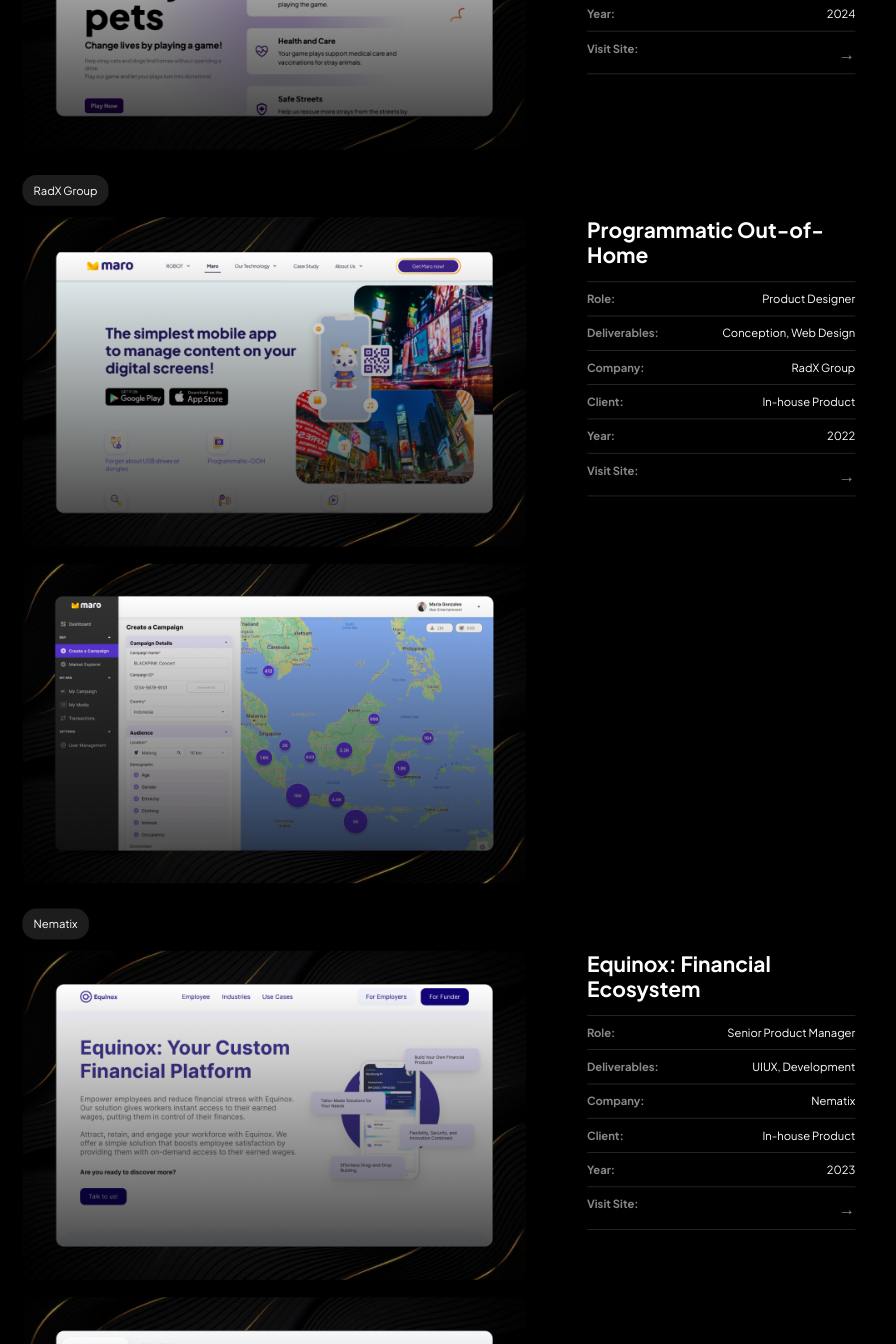
Repository: paskasiregar/paskafolio_v6
Page: /
The author's editor kept a copy of each file at every save. The page is drawn from the files as they stood at one save, then again after the next save.
The browser window is 1280 px wide. The pictures show the part of the page from y = 1850 to 3770 px (the page is 7127 px tall), at 70% of full size.
The project was rebuilt for these pictures with package versions that can differ from the ones it lists, and the page was loaded fresh each time. The framework's server and built-in components were replaced by stand-ins that run in the browser. Also part of the build but not shown: next.config.mjs.

Above is the page before, as saved 2024-09-06 21:24:50.

### src/app/layout.js
import { Plus_Jakarta_Sans } from "next/font/google"; // Import Plus Jakarta Sans
import localFont from "next/font/local";
import "./globals.css";

// Load Plus Jakarta Sans from Google Fonts
const plusJakartaSans = Plus_Jakarta_Sans({
  weight: ["400", "500", "700"], // Specify weights as needed
  subsets: ["latin"],
});

// Load local fonts: Geist Sans and Geist Mono
const geistSans = localFont({
  src: "./fonts/GeistVF.woff",
  variable: "--font-geist-sans",
  weight: "100 900",
});
const geistMono = localFont({
  src: "./fonts/GeistMonoVF.woff",
  variable: "--font-geist-mono",
  weight: "100 900",
});

export const metadata = {
  title: "🚀 Paska | Portfolio",
  description:
    "Debora Paskarina&apos;s Product Portfolio. Paska is a Head of Product at Nematix Sdn Bhd, Malaysia.",
  icons: {
    icon: "/asset/p-logo.png",
  },
};

export default function RootLayout({ children }) {
  return (
    <html lang="en">
      <body
        className={`${plusJakartaSans.className} ${geistSans.variable} ${geistMono.variable} antialiased`}
      >
        {children}
      </body>
    </html>
  );
}

### src/app/components/header.jsx
import React from "react";
import Link from "next/link";
import Button from "./button";
import { Homemade_Apple } from "next/font/google";

const homemadeApple = Homemade_Apple({
  weight: "400",
  subsets: ["latin"],
});

const Header = () => {
  return (
    <header className="header" style={styles.header}>
      <div style={styles.logo}>
        <Link
          href="/"
          className={homemadeApple.className}
          style={styles.logoText}
        >
          Paska
        </Link>
      </div>
      <div style={styles.contact}>
        <Link href="#email-section">
          <Button />
        </Link>
      </div>
    </header>
  );
};

const styles = {
  header: {
    display: "flex",
    justifyContent: "space-between",
    alignItems: "center",
    padding: "20px",
    backgroundColor: "#000000",
    color: "#fff",
  },
  logo: {
    fontSize: "24px",
    fontWeight: "bold",
  },
  logoText: {
    textDecoration: "none",
    color: "#fff",
  },
  contact: {
    display: "flex",
    fontSize: "20px",
    alignItems: "center",
  },
};

export default Header;

### src/app/components/hero.jsx
"use client"; // Ensures the component is treated as a client-side component
import React from "react";
import NameCard from "./nameCard";
import SecButton from "./secButton";
import { motion } from "framer-motion";

const Hero = () => {
  return (
    <section className="hero-wrapper my-20">
      <div className="hero-content">
        <NameCard
          name="Debora Paskarina"
          status="Available for work"
          avatarUrl="/assets/1.avif"
        />
        <motion.h1
          initial={{ opacity: 0, x: -100 }}
          animate={{ opacity: 1, x: 0 }}
          transition={{ duration: 0.8 }}
          className="hero-title text-4xl font-bold text-white md:text-6xl lg:text-7xl"
        >
          Designing awesome digital experiences, one idea at a time.
        </motion.h1>
        <motion.p
          initial={{ opacity: 0, x: 100 }}
          animate={{ opacity: 1, x: 0 }}
          transition={{ duration: 0.8 }}
          className="hero-subtitle text-lg md:text-xl lg:text-2xl"
        >
          Transforming concepts into sleek, user-friendly digital solutions that
          drive engagement and push innovation forward.
        </motion.p>
        <SecButton text="GET STARTED" />
      </div>
    </section>
  );
};

// You can add additional styling via Tailwind to make it more responsive

export default Hero;

### src/app/components/ticker.jsx
import React from "react";
import "../ticker.css";

const Ticker = () => {
  return (
    <div className="ticker-wrapper">
      <div className="ticker">
        <div className="ticker-item">
          <img src="/assets/ticker/lt.png" alt="LingoTalk" />
        </div>
        <div className="ticker-item">
          <img src="/assets/ticker/nmtx.png" alt="Nematix" />
        </div>
        <div className="ticker-item">
          <img src="/assets/ticker/radx.png" alt="RADX Group" />
        </div>
        <div className="ticker-item">
          <img src="/assets/ticker/rise.png" alt="Rise" />
        </div>
        <div className="ticker-item">
          <img src="/assets/ticker/skvl.png" alt="Skilvul" />
        </div>
        <div className="ticker-item">
          <img src="/assets/ticker/yrp.png" alt="YoRipe" />
        </div>
        <div className="ticker-item">
          <img src="/assets/ticker/zizo.png" alt="ZIZO" />
        </div>

        {/* Duplicate the logos for the smooth ticker effect */}
        <div className="ticker-item">
          <img src="/assets/ticker/lt.png" alt="LingoTalk" />
        </div>
        <div className="ticker-item">
          <img src="/assets/ticker/nmtx.png" alt="Nematix" />
        </div>
        <div className="ticker-item">
          <img src="/assets/ticker/radx.png" alt="RADX Group" />
        </div>
        <div className="ticker-item">
          <img src="/assets/ticker/rise.png" alt="Rise" />
        </div>
        <div className="ticker-item">
          <img src="/assets/ticker/skvl.png" alt="Skilvul" />
        </div>
        <div className="ticker-item">
          <img src="/assets/ticker/yrp.png" alt="YoRipe" />
        </div>
        <div className="ticker-item">
          <img src="/assets/ticker/zizo.png" alt="ZIZO" />
        </div>
      </div>
    </div>
  );
};

export default Ticker;

### src/app/components/projects.jsx
import Project from "./project";

const projects = [
  {
    title: "PawPaw Portal",
    role: "Founder",
    deliverables: ["End-to-End Product"],
    company: "PawPaw Portal",
    client: "In-house Product",
    year: "2024",
    link: "https://www.pawpawportal.com/",
    images: [{ src: "/assets/ppp-1.png", alt: "PawPaw Portal" }],
  },

  {
    title: "Programmatic Out-of-Home",
    role: "Product Designer",
    deliverables: ["Conception", "Web Design"],
    company: "RadX Group",
    client: "In-house Product",
    year: "2022",
    link: "#",
    images: [
      { src: "/assets/maro-1.png", alt: "Programmatic Out-of-Home Project" },
      { src: "/assets/maro-2.png", alt: "Campaign Creation Interface" },
    ],
  },

  {
    title: "Equinox: Financial Ecosystem",
    role: "Senior Product Manager",
    deliverables: ["UIUX", "Development"],
    company: "Nematix",
    client: "In-house Product",
    year: "2023",
    link: "https://equinox-platform.framer.website/",
    images: [
      { src: "/assets/eq-1.png", alt: "Equinox" },
      { src: "/assets/eq-2.png", alt: "Equinox" },
      { src: "/assets/eq-3.png", alt: "Equinox" },
    ],
  },

  {
    title: "YPAS Job Portal",
    role: "Head of Product",
    deliverables: ["Branding", "UIUX", "Development"],
    company: "Nematix",
    client: "Yayasan Pahang AS Malaysia",
    year: "2024",
    link: "https://getjob.framer.website/",
    images: [
      { src: "/assets/ypas-3.png", alt: "YPAS GetJob" },
      { src: "/assets/ypas-4.png", alt: "YPAS GetJob" },
    ],
  },
];

const Projects = () => {
  return (
    <div className="mb-8">
      <section className="motivation-wrapper my-8 mx-4">
        {" "}
        {/* Using same wrapper as Motivation */}
        <div className="motivation-content">
          {" "}
          {/* Same layout as Motivation */}
          <div>
            {projects.map((project, index) => (
              <Project key={index} project={project} />
            ))}
          </div>
        </div>
      </section>
    </div>
  );
};

export default Projects;

### src/app/components/experiences.jsx
import React from "react";
import Experience from "./experience";

const Experiences = () => {
  const experienceData = [
    {
      title: "Head of Product",
      location: "Selangor, Malaysia 🇲🇾",
      company: "Nematix",
      timeframe: "2024 - Present",
    },
    {
      title: "Senior Product Manager",
      location: "Selangor, Malaysia 🇲🇾",
      company: "Nematix",
      timeframe: "2023 - 2024",
    },
    {
      title: "Product Owner & Designer",
      location: "New York, United States of America 🇺🇸",
      company: "ZIZO Technologies",
      timeframe: "2023 - 2024",
    },
    {
      title: "Product Manager & Designer",
      location: "Singapore, Singapore 🇸🇬",
      company: "RadX Group",
      timeframe: "2022 - 2023",
    },
    {
      title: "Senior Manager of Learning and Development",
      location: "Jakarta, Indonesia 🇮🇩",
      company: "LingoTalk",
      timeframe: "2020 - 2021",
    },
  ];

  return (
    <section className="experience-wrapper py-4 bg-black text-white">
      <div className="experience-content max-w-6xl mx-auto px-4">
        {/* Experience List */}
        <div className="experience-list">
          {experienceData.map((experience, index) => (
            <Experience
              key={index}
              title={experience.title}
              location={experience.location}
              company={experience.company}
              timeframe={experience.timeframe}
            />
          ))}
        </div>
      </div>
    </section>
  );
};

export default Experiences;

### src/app/components/button.jsx
import React from "react";
import { FaArrowRight } from "react-icons/fa";

const Button = ({ text = "LETS TALK" }) => {
  return (
    <button className="button">
      <span>{text}</span>
      <div className="icon-container">
        <FaArrowRight className="bold-icon" />
      </div>
    </button>
  );
};

export default Button;

### src/app/components/nameCard.jsx
import React from "react";
import GreenDot from "./greenDot";

const NameCard = ({
  name = "Debora Paskarina",
  status = "Available for work",
  avatarUrl = "/assets/1.avif", // Set a default avatar image
}) => {
  return (
    <div style={styles.card}>
      <img src={avatarUrl} alt="Avatar" style={styles.avatar} />{" "}
      {/* Use dynamic avatarUrl */}
      <div>
        <h4 style={styles.name}>{name}</h4>
        <div style={styles.status}>
          <GreenDot />
          <span>{status}</span>
        </div>
      </div>
    </div>
  );
};

const styles = {
  card: {
    display: "flex",
    alignItems: "center",
    marginBottom: "16px",
  },
  avatar: {
    width: "40px",
    height: "40px",
    borderRadius: "50%",
    marginRight: "12px",
  },
  name: {
    margin: 0,
    fontSize: "16px",
    fontWeight: "bold",
    color: "#ffffff",
  },
  status: {
    display: "flex",
    alignItems: "center",
    fontSize: "14px",
    color: "#a0a0a0",
  },
};

export default NameCard;

### src/app/components/secButton.jsx
import React from "react";

const SecButton = ({ text = "LETS TALK" }) => {
  return (
    <button className="secbutton">
      <span>{text}</span>
    </button>
  );
};

export default SecButton;

### src/app/ticker.css
/* Ticker Wrapper */
.ticker-wrapper {
  overflow: hidden; /* Hide overflowing logos */
  width: 100%;
  background-color: #000000; /* Optional background color */
  padding: 20px 0; /* Optional padding */
}

/* Ticker Container */
.ticker {
  display: flex;
  justify-content: start;
  align-items: center;
  gap: 80px; /* Space between logos */
  animation: ticker 40s linear infinite; /* Infinite ticker animation */
}

/* Individual ticker items */
.ticker-item {
  flex: 0 0 auto; /* Prevent logos from shrinking */
}

.ticker-item img {
  width: 160px; /* Adjust size of logos */
  height: auto;
  display: block;
}

/* Ticker Animation */
@keyframes ticker {
  0% {
    transform: translateX(-100%); /* Start from the right */
  }
  100% {
    transform: translateX(100%); /* End on the left */
  }
}

### src/app/motivation.css
/* Motivation Wrapper */
.motivation-wrapper {
  background-color: #000000;
  color: #fff;
}

.motivation-content {
  display: flex;
  justify-content: space-between;
  align-items: flex-start;
  max-width: 1200px;
  margin: 0;
  flex-direction: column;
}

.motivation-left {
  flex: 1;
  max-width: 100%;
  margin-right: 0;
}

.motivation-right {
  flex: 1;
  max-width: 100%;
}

/* Aligning the green dot and title */
.motivation-header {
  display: flex;
  align-items: center;
  margin-bottom: 20px;
}

.motivation-title {
  font-size: 24px;
  font-weight: bold;
  margin-left: 0px;
}

.green-dot {
  display: inline-block;
  width: 12px;
  height: 12px;
  background-color: #00ffb9;
  border-radius: 50%;
}

/* Responsive Tweaks */
@media (min-width: 768px) {

  /* Tablet and above */
  .motivation-content {
    flex-direction: row;
  }

  .motivation-left {
    max-width: 50%;
    margin-right: 40px;
    margin-bottom: 4px;
  }

  .motivation-right {
    max-width: 50%;
  }

  .motivation-title {
    font-size: 28px;
  }
}

@media (min-width: 1024px) {

  /* Desktop and above */
  .motivation-title {
    font-size: 36px;
  }

  .motivation-content {
    justify-content: space-between;
  }
}

### src/app/components/chip.jsx
import React from "react";
import "../chip.css";

const Chip = ({ label }) => {
  return <div className="chip">{label}</div>;
};

export default Chip;

### src/app/components/project.jsx
import React from "react";
import Image from "next/image";
import Chip from "./chip";
import "../project.css";

const Project = ({ project }) => {
  if (!project) {
    return <p>No project data available</p>; // Fallback if no project is provided
  }

  return (
    <section className="mb-8">
      <div className="project-content max-w-6xl mx-auto mb-8">
        <div className="chip-container flex justify-between mb-4">
          <Chip label={project?.company || "N/A"} className="mb-4" />
        </div>

        <div className="project-grid">
          {/* Left Section - Project Images */}
          <div className="project-images">
            {project?.images?.length > 0 ? (
              project.images.map((image, index) => (
                <div
                  key={index}
                  className={`project-image ${index > 0 ? "mt-6" : ""}`}
                >
                  <Image
                    src={image.src}
                    alt={image.alt}
                    width={720}
                    height={405}
                    className="rounded-md"
                  />
                </div>
              ))
            ) : (
              <p>No images available</p>
            )}
          </div>

          {/* Right Section - Project Information */}
          <div className="project-info">
            <h3 className="text-3xl font-bold mb-2">
              {project?.title || "No title available"}
            </h3>
            <ul className="project-details">
              <li>
                <span>Role:</span> {project?.role || "N/A"}
              </li>
              <li>
                <span>Deliverables:</span>
                <div className="deliverables-container">
                  {project?.deliverables?.join(", ") || "N/A"}
                </div>
              </li>
              <li>
                <span>Company:</span> {project?.company || "N/A"}
              </li>
              <li>
                <span>Client:</span> {project?.client || "N/A"}
              </li>
              <li>
                <span>Year:</span> {project?.year || "N/A"}
              </li>
              <li>
                <span>Visit Site:</span>
                <a href={project?.link || "#"} className="visit-link">
                  <span className="arrow-link">→</span>
                </a>
              </li>
            </ul>
          </div>
        </div>
      </div>
    </section>
  );
};

export default Project;

### src/app/components/experience.jsx
import React from "react";
import Chip from "./chip";

const Experience = ({ title, location, company, timeframe }) => {
  return (
    <div className="experience-item my-4 flex flex-col md:flex-row justify-between items-start md:items-start">
      {/* Left Section - Job Title and Location */}
      <div className="experience-details mb-4 md:mb-0">
        <h3 className="text-md font-bold">{title}</h3>
        <p className="text-gray-400">{location}</p>
      </div>

      {/* Right Section - Chips for Company and Timeframe */}
      <div className="experience-meta flex flex-col md:flex-row items-start md:items-start space-y-2 md:space-y-0 md:space-x-4">
        <div className="flex">
          <Chip label={company} />
          <Chip label={timeframe} />
        </div>
      </div>
    </div>
  );
};

export default Experience;

### src/app/components/greenDot.jsx
import React from "react";

const GreenDot = () => {
  return <div style={styles.dot}></div>;
};

const styles = {
  dot: {
    width: "10px",
    height: "10px",
    backgroundColor: "#00FFB9", // Green color
    borderRadius: "50%",
    display: "inline-block",
    marginRight: "8px",
  },
};

export default GreenDot;

### src/app/chip.css
.chip {
  display: inline-block;
  background-color: #1d1d1d;
  /* Dark background for readability */
  color: #ffffff;
  padding: 10px 16px;
  border-radius: 20px;
  font-size: 16px;
  margin: 4px 4px 0 0;
  /* Adjust spacing between chips */
  white-space: nowrap;
  /* Prevent wrapping of text inside the chip */
  cursor: default;
  transition: background-color 0.3s ease;
}

.chip:hover {
  background-color: #2a2a2a;
  /* Slight hover effect */
}

### src/app/project.css
.project-wrapper {
  background-color: #000000;
  color: #ffffff;
  padding: 20px;
}

.project-content {
  display: flex;
  flex-direction: column;
  max-width: 1200px;
  margin: 0 auto;
}

/* Project header */
.project-header {
  display: flex;
  align-items: center;
}

.green-dot {
  display: inline-block;
  width: 12px;
  height: 12px;
  background-color: #00ffb9;
  border-radius: 50%;
}

/* Project grid for desktop view */
.project-grid {
  display: flex;
  justify-content: space-between;
  gap: 40px;
}

/* For images */
.project-images {
  flex: 2;
}

/* For info section */
.project-info {
  flex: 1;
}

/* List styling */
.project-details {
  list-style: none;
  padding: 0;
  margin-top: 20px;
  border-top: 1px solid #333;
}

.project-details li {
  display: flex;
  justify-content: space-between;
  padding: 12px 0;
  border-bottom: 1px solid #333;
}

.project-details li span {
  font-weight: bold;
  color: #888888;
}

/* Link styling */
.project-details li a {
  color: #00ffb9;
  text-decoration: none;
}

.project-details li a:hover {
  text-decoration: underline;
}

.arrow-link {
  font-size: 24px;
  margin-left: 8px;
  transition: transform 0.2s ease;
}

.visit-link:hover .arrow-link {
  transform: translateX(4px);
}

.deliverables-container {
  max-width: 300px;
  white-space: normal;
  word-wrap: break-word;
  line-height: 1.5;
  text-align: left;
}

/* Responsive Styles */
@media (max-width: 1024px) {
  .project-grid {
    flex-direction: column;
  }

  .project-images,
  .project-info {
    width: 100%;
    max-width: 100%;
  }
}

@media (max-width: 768px) {
  .project-header h2 {
    font-size: 28px;
  }

  .project-info h3 {
    font-size: 20px;
  }

  .project-details li {
    flex-direction: column;
    align-items: flex-start;
  }

  .project-details li span {
    margin-bottom: 8px;
  }
}

@media (max-width: 480px) {
  .project-grid {
    gap: 20px;
  }

  .project-header h2 {
    font-size: 18px;
  }

  .project-info h3 {
    font-size: 18px;
  }
}

Loaded but not shown: tailwind.config.js (common file); src/app/page.js (44 lines, source omitted); src/app/components/footer.jsx (160 lines, source omitted); src/app/globals.css (280 lines, source omitted); src/app/components/motivation.jsx (68 lines, source omitted); src/app/components/skills.jsx (88 lines, source omitted)

After the next save:
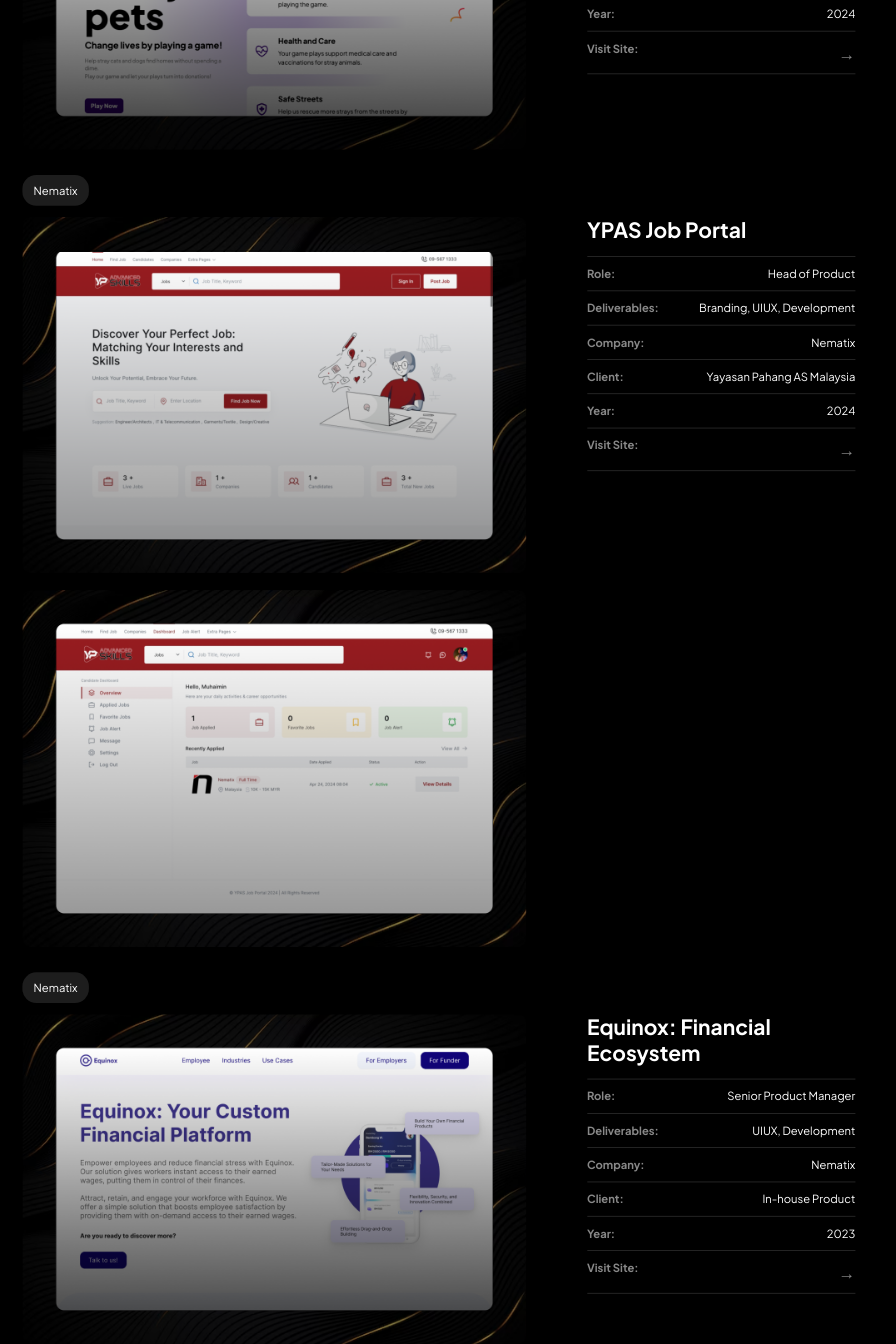
Saved 27 s later.
--- a/src/app/components/projects.jsx
+++ b/src/app/components/projects.jsx
@@ -13,16 +13,16 @@
   },
 
   {
-    title: "Programmatic Out-of-Home",
-    role: "Product Designer",
-    deliverables: ["Conception", "Web Design"],
-    company: "RadX Group",
-    client: "In-house Product",
-    year: "2022",
-    link: "#",
+    title: "YPAS Job Portal",
+    role: "Head of Product",
+    deliverables: ["Branding", "UIUX", "Development"],
+    company: "Nematix",
+    client: "Yayasan Pahang AS Malaysia",
+    year: "2024",
+    link: "https://getjob.framer.website/",
     images: [
-      { src: "/assets/maro-1.png", alt: "Programmatic Out-of-Home Project" },
-      { src: "/assets/maro-2.png", alt: "Campaign Creation Interface" },
+      { src: "/assets/ypas-3.png", alt: "YPAS GetJob" },
+      { src: "/assets/ypas-4.png", alt: "YPAS GetJob" },
     ],
   },
 
@@ -42,16 +42,16 @@
   },
 
   {
-    title: "YPAS Job Portal",
-    role: "Head of Product",
-    deliverables: ["Branding", "UIUX", "Development"],
-    company: "Nematix",
-    client: "Yayasan Pahang AS Malaysia",
-    year: "2024",
-    link: "https://getjob.framer.website/",
+    title: "Programmatic Out-of-Home",
+    role: "Product Designer",
+    deliverables: ["Conception", "Web Design"],
+    company: "RadX Group",
+    client: "In-house Product",
+    year: "2022",
+    link: "#",
     images: [
-      { src: "/assets/ypas-3.png", alt: "YPAS GetJob" },
-      { src: "/assets/ypas-4.png", alt: "YPAS GetJob" },
+      { src: "/assets/maro-1.png", alt: "Programmatic Out-of-Home Project" },
+      { src: "/assets/maro-2.png", alt: "Campaign Creation Interface" },
     ],
   },
 ];
